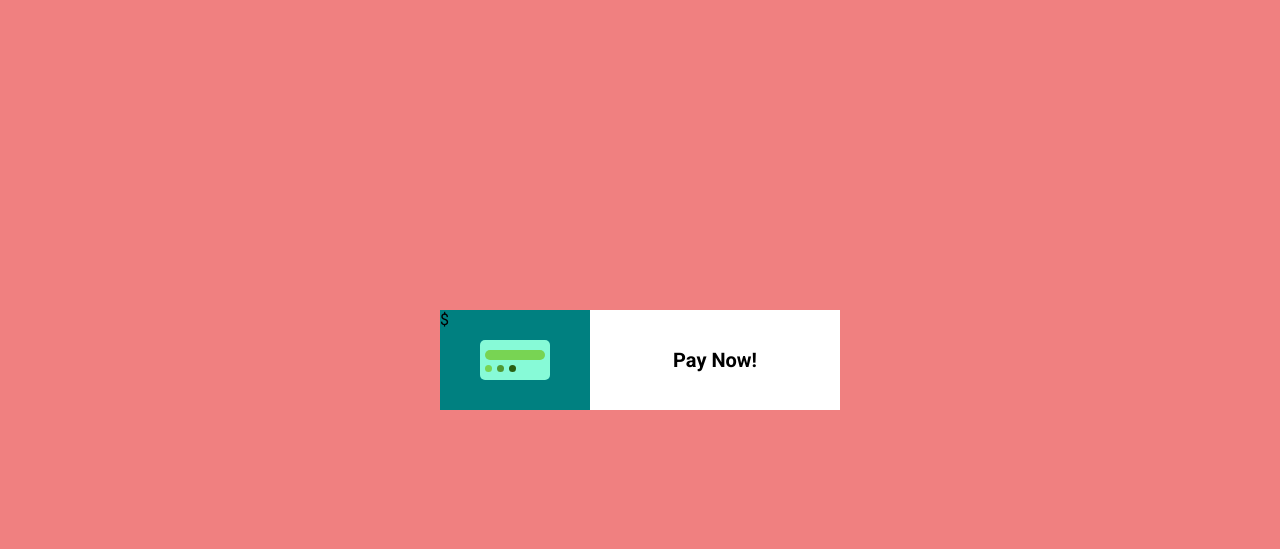
Repository: safak/animation
Page: index.html
These files come from the project's save history. The page is drawn as it stood at one moment and after the next save; the edit follows.
The browser window is 1280 px wide. The pictures show the whole page.

Above is the page before, as saved 2020-12-19 00:59:57.

### index.html
<html lang="en">
  <head>
    <meta charset="UTF-8" />
    <meta name="viewport" content="width=device-width, initial-scale=1.0" />
    <link rel="stylesheet" href="style.css" />
    <link
      rel="stylesheet"
      href="https://cdnjs.cloudflare.com/ajax/libs/font-awesome/5.15.1/css/all.min.css"
      integrity="sha512-+4zCK9k+qNFUR5X+cKL9EIR+ZOhtIloNl9GIKS57V1MyNsYpYcUrUeQc9vNfzsWfV28IaLL3i96P9sdNyeRssA=="
      crossorigin="anonymous"
    />
    <link rel="preconnect" href="https://fonts.gstatic.com" />
    <link
      href="https://fonts.googleapis.com/css2?family=Roboto:wght@100;300;400;500;700;900&display=swap"
      rel="stylesheet"
    />
    <title>Document</title>
  </head>
  <body>
    <div class="container">
      <div class="interactive-container">
        <div class="card">
          <div class="card-line"></div>
          <div class="card-circles">
            <div class="card-circle"></div>
            <div class="card-circle"></div>
            <div class="card-circle"></div>
          </div>
        </div>
        <div class="post">
          <div class="post-line"></div>
          <div class="post-screen"><span>$</span></div>
          <div class="post-numbers">
            <div class="post-number"></div>
            <div class="post-number"></div>
            <div class="post-number"></div>
            <div class="post-number"></div>
            <div class="post-number"></div>
            <div class="post-number"></div>
          </div>
        </div>
      </div>
      <div class="text-container">Pay Now!</div>
    </div>
  </body>
</html>

### style.css
* {
  padding: 0px;
  margin: 0px;
}

body {
  display: flex;
  align-items: center;
  justify-content: center;
  min-height: 100vh;
  background: lightcoral;
  font-family: "Roboto", sans-serif;
}

.container {
  width: 400px;
  display: flex;
  align-items: center;
  background-color: white;
  cursor: pointer;
}

.interactive-container {
  width: 150px;
  height: 100px;
  background-color: teal;
  position: relative;
  /* overflow: hidden; */
}

.card {
  width: 70px;
  height: 40px;
  background-color: rgb(135, 250, 215);
  border-radius: 5px;
  position: absolute;
  top: 30px;
  left: 40px;
}

.card-line {
  width: 60px;
  height: 10px;
  background-color: rgb(120, 212, 83);
  border-radius: 5px;
  position: absolute;
  top: 10px;
  left: 5px;
}

.card-circles {
  position: absolute;
  top: 25px;
  left: 5px;
  display: flex;
}

.card-circle {
  width: 7px;
  height: 7px;
  border-radius: 50%;
  margin-right: 5px;
}

.card-circle:nth-child(1) {
  background-color: rgb(120, 212, 83);
}

.card-circle:nth-child(2) {
  background-color: rgb(80, 153, 51);
}

.card-circle:nth-child(3) {
  background-color: rgb(40, 95, 18);
}

.post{
  width: 100px;
  height: 200px;
}

.text-container {
  width: 250px;
  font-weight: bold;
  font-size: 20px;
  display: flex;
  align-items: center;
  justify-content: center;
}

After the next save:
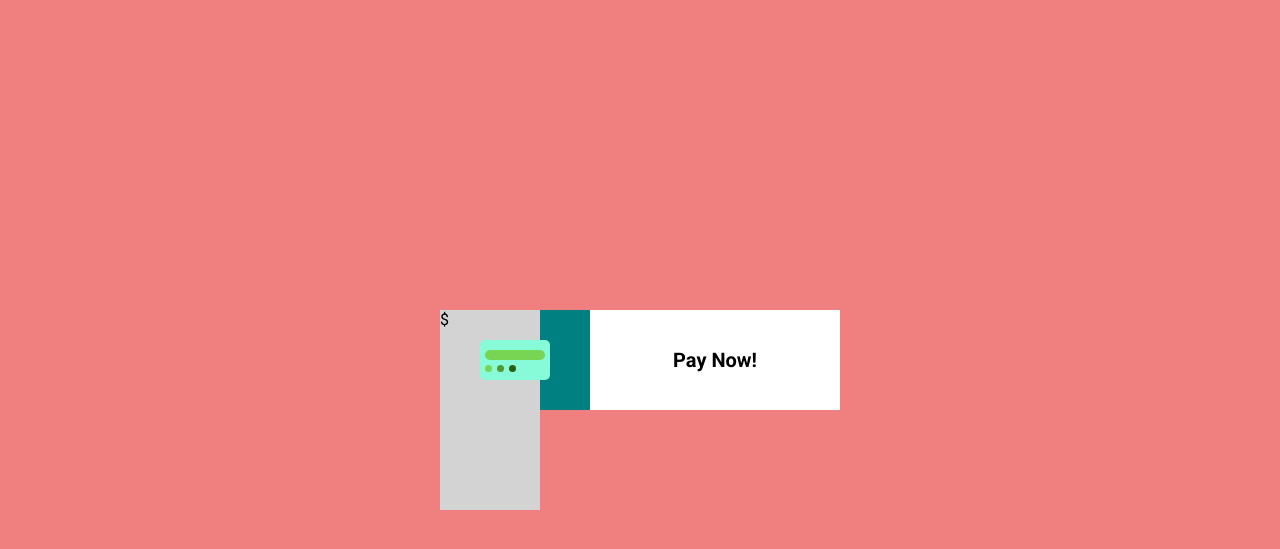
Saved 11 s later.
--- a/style.css
+++ b/style.css
@@ -77,6 +77,7 @@ body {
 .post{
   width: 100px;
   height: 200px;
+  background-color: lightgray;
 }
 
 .text-container {
